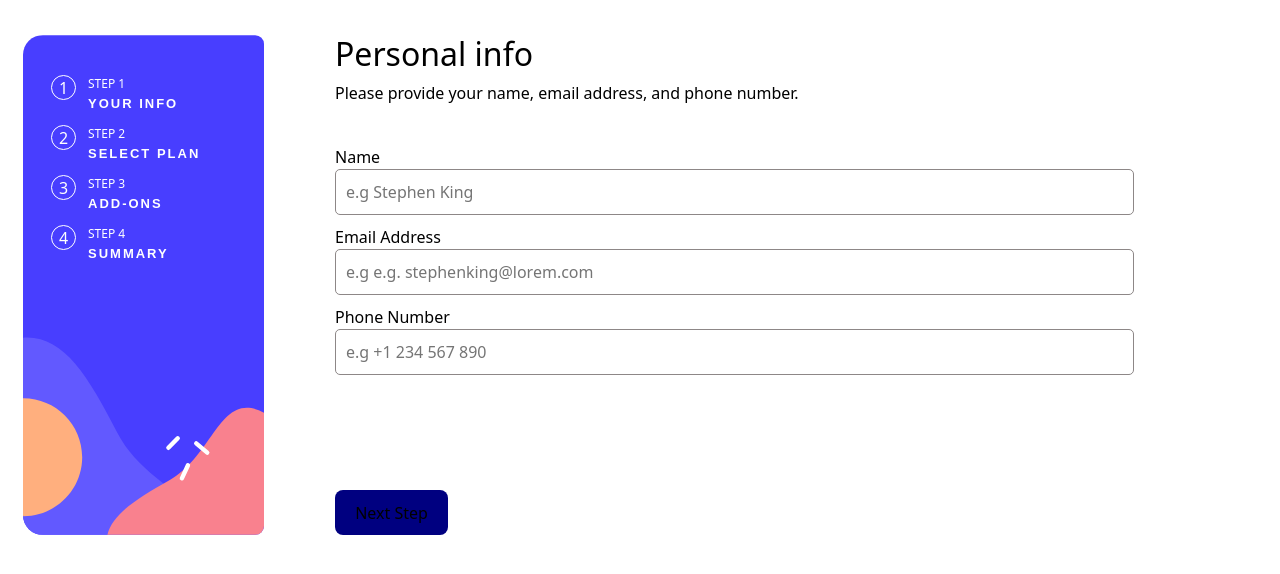
Repository: Celebration-cloud/Multi-Step-Form
Page: /
An editor plug-in stored every save of this project. The page is shown before and after a run of saves, followed by the edit.
The browser window is 1280 px wide. The pictures show the whole page.
The project was rebuilt for these pictures with package versions that can differ from the ones it lists, and the page was loaded fresh each time. Also part of the build but not shown: vite.config.js, src/GoBack.jsx.

Above is the page before, as saved 2023-10-31 16:08:17.

### index.html
<!DOCTYPE html>
<html lang="en">
<head>
  <meta charset="UTF-8">
  <meta name="viewport" content="width=device-width, initial-scale=1.0"> <!-- displays site properly based on user's device -->

  <title>Multi-step form</title>
  <link href="https://cdn.jsdelivr.net/npm/bootstrap@5.0.2/dist/css/bootstrap.min.css" rel="stylesheet" integrity="sha384-EVSTQN3/azprG1Anm3QDgpJLIm9Nao0Yz1ztcQTwFspd3yD65VohhpuuCOmLASjC" crossorigin="anonymous">
  <!-- Feel free to remove these styles or customise in your own stylesheet 👍 -->
  <style>
    .attribution { font-size: 11px; text-align: center; }
    .attribution a { color: hsl(228, 45%, 44%); }
  </style>
</head>
<body>
  <div id="root"></div>
  <script src="https://cdn.jsdelivr.net/npm/@popperjs/core@2.9.2/dist/umd/popper.min.js" integrity="sha384-IQsoLXl5PILFhosVNubq5LC7Qb9DXgDA9i+tQ8Zj3iwWAwPtgFTxbJ8NT4GN1R8p" crossorigin="anonymous"></script>
  <script src="https://cdn.jsdelivr.net/npm/bootstrap@5.0.2/dist/js/bootstrap.min.js" integrity="sha384-cVKIPhGWiC2Al4u+LWgxfKTRIcfu0JTxR+EQDz/bgldoEyl4H0zUF0QKbrJ0EcQF" crossorigin="anonymous"></script>
  <script type="module" src="./src/main.jsx"></script>
</body>
</html>

### src/App.jsx
import { useState } from 'react'
import './App.css'
import "@fontsource/roboto/300.css";
import "@fontsource/roboto/400.css";
import "@fontsource/roboto/500.css";
import "@fontsource/roboto/700.css";
import Pagination from './Pagination/Pagination';
import Procedures from './Procedures/Procedures';


function App() {

  return (
    <>
      <div className="forming row">
        <div className="pagination col-2">
          <Pagination />
        </div>
        <div className="col-8">
          <Procedures/>
        </div>
      </div>
    </>
  );
}

export default App

{/* <div>
     Sidebar start
    Step 1
  Your info

  Step 2
  Select plan

  Step 3
  Add-ons

  Step 4
  Summary

  Sidebar end

   Step 1 start

  Personal info
  Please provide your name, email address, and phone number.

  Name
  e.g. Stephen King

  Email Address
  e.g. stephenking@lorem.com

  Phone Number
  e.g. +1 234 567 890

  Next Step

  Step 1 end

   Step 2 start

  Select your plan
  You have the option of monthly or yearly billing.

  Arcade
  $9/mo

  Advanced
  $12/mo

  Pro
  $15/mo

  Monthly
  Yearly

  Go Back
  Next Step

  Step 2 end

   Step 3 start

  Pick add-ons
  Add-ons help enhance your gaming experience.

  Online service
  Access to multiplayer games
  +$1/mo

  Larger storage
  Extra 1TB of cloud save
  +$2/mo

  Customizable Profile
  Custom theme on your profile
  +$2/mo

  Go Back
  Next Step

   Step 3 end

  Step 4 start

  Finishing up
  Double-check everything looks OK before confirming.

   Dynamically add subscription and add-on selections here

  Total (per month/year)

  Go Back
  Confirm

   Step 4 end

  Step 5 start

  Thank you!

  Thanks for confirming your subscription! We hope you have fun
  using our platform. If you ever need support, please feel free
  to email us at support@loremgaming.com.

   Step 5 end
  </div> */}

### src/index.css
:root {
  font-family: Inter, system-ui, Avenir, Helvetica, Arial, sans-serif;
  line-height: 1.5;
  font-weight: 400;
  color-scheme: light dark;
  color: rgba(255, 255, 255, 0.87);
  background-color: #242424;

  font-synthesis: none;
  text-rendering: optimizeLegibility;
  -webkit-font-smoothing: antialiased;
  -moz-osx-font-smoothing: grayscale;
  -webkit-text-size-adjust: 100%;
}

a {
  font-weight: 500;
  color: #646cff;
  text-decoration: inherit;
}
a:hover {
  color: #535bf2;
}

body {
  margin: 0;
}

h1 {
  font-size: 3.2em;
  line-height: 1.1;
}

button {
  border-radius: 8px;
  border: 1px solid transparent;
  padding: 0.6em 1.2em;
  font-size: 1em;
  font-weight: 500;
  font-family: inherit;
  background-color: #1a1a1a;
  cursor: pointer;
  transition: border-color 0.25s;
}
button:hover {
  border-color: #646cff;
}
button:focus,
button:focus-visible {
  outline: 4px auto -webkit-focus-ring-color;
}

@media (prefers-color-scheme: light) {
  :root {
    color: #213547;
    background-color: #ffffff;
  }
  a:hover {
    color: #747bff;
  }
  button {
    background-color: #f9f9f9;
  }
}

### src/App.css
#root {
  padding: 2rem;
  text-align: left;
}

.pagination{
  width: 300px;
  height: 500px;
}
.forming{
  padding: 3px;
}

.logo {
  height: 6em;
  padding: 1.5em;
  will-change: filter;
  transition: filter 300ms;
}
.logo:hover {
  filter: drop-shadow(0 0 2em #646cffaa);
}
.logo.react:hover {
  filter: drop-shadow(0 0 2em #61dafbaa);
}

@keyframes logo-spin {
  from {
    transform: rotate(0deg);
  }
  to {
    transform: rotate(360deg);
  }
}

@media (prefers-reduced-motion: no-preference) {
  a:nth-of-type(2) .logo {
    animation: logo-spin infinite 20s linear;
  }
}

.card {
  padding: 2em;
}

.read-the-docs {
  color: #888;
}

### src/Pagination/Pagination.jsx
import PaginationStep from "./PaginationStep";
import './Pagination.css'
function Pagination() {
  return (
    <>
      {PaginationStep?.map((item) => (
        <div className="pageStep row" key={item.id}>
          <div className="pageNum col-1"><p>{item.number}</p></div>
          <div className="stepInfo col-9">
            <p className="steps" >STEP {item.step}</p>
            <p className="info">{item.info}</p>
          </div>
        </div>
      ))}
    </>
  );
}

export default Pagination;

### src/Procedures/Procedures.jsx
import { useState } from 'react';
import GoBack from '../GoBack';
import Submit from '../Submit';
import { PersonalInfo, SelectYourPlan } from './ProceduresList'

const slide = [
  <>
    <PersonalInfo />
  </>,
  <>
    <SelectYourPlan />
  </>,
];
function Procedures() {
    const [pages, setPages] = useState(1)
    const handleNext = () => {
        if(pages > 0)
        setPages(prev => prev + 1)
    }
    const handlePrev = () => {
        if(pages < 5)
        setPages(prev => prev - 1)
    }
  return (
    <form className='forms'>
      {slide[pages - 1]}
      <div className="submitStyle">
        {slide === 0 && <GoBack handlePrev={handlePrev}/>}
        <Submit handleNext={handleNext}/>
      </div>
    </form>
  );
}

export default Procedures

### src/Pagination/PaginationStep.jsx
import {v4 as uuid} from 'uuid'
const PaginationStep = [
  {
    id: uuid(),
    number: 1,
    step: 1,
    info: "YOUR INFO",
  },
  {
    id: uuid(),
    number: 2,
    step: 2,
    info: "SELECT PLAN",
  },
  {
    id: uuid(),
    number: 3,
    step: 3,
    info: "ADD-ONS",
  },
  {
    id: uuid(),
    number: 4,
    step: 4,
    info: "SUMMARY",
  },
];
export default PaginationStep

### src/Pagination/Pagination.css
.pagination{
    background-image: url(../../assets/images/bg-sidebar-desktop.svg);
    background-repeat: no-repeat;
    height: 500px;
    background-size: contain;
    object-fit: contain;
    display: flex;
    flex-direction: column;
    border-radius: 20px;
    padding: 40px;
    color: white;
}

.pageNum{
    width: 25px;
    height: 25px;
    padding: 0;
    margin: 0;
    border: 1px solid white;
    border-radius: 100%;
}
.pageNum p{
    text-align: center;
}
.stepInfo{
    display: flex;
    flex-direction: column;
    height: 50px;
}
.steps{
    font-weight: 100;
    font-size: 12px;
}
.info{
    font-family: 'Arial';
    font-size: small;
    font-weight: 700;
    letter-spacing: 2px;
    margin-top: -15px;
}

### src/Submit.jsx
import React from 'react'

function Submit({handleNext}) {
  return (
    <>
      <button onChange={handleNext} className="formBtn">Next Step</button>
    </>
  );
}

export default Submit

### src/Procedures/ProceduresList.jsx
import React from 'react'
import './Procedures.css'
function PersonalInfo() {
  return (
    <>
      <h2 className="personalInfo">Personal info</h2>
      <p className="formDit">
        Please provide your name, email address, and phone number.
      </p>
      <br />

      <label className="inputs" htmlFor="name">
        Name
      </label>
      <br />
      <input
        className="formInfo"
        id="name"
        required
        type="text"
        placeholder="e.g Stephen King"
      />
      <br />
      <label className="inputs" htmlFor="email">
        Email Address
      </label>
      <br />
      <input
        className="formInfo"
        id="email"
        type="email"
        required
        placeholder="e.g e.g. stephenking@lorem.com"
      />
      <br />
      <label className="inputs" htmlFor="phoneNumber">
        Phone Number
      </label>
      <br />
      <input
        className="formInfo"
        id="phoneNumber"
        type="tel"
        required
        placeholder="e.g +1 234 567 890"
        maxLength={11}
      />
      <br />
    </>
  );
}
function SelectYourPlan() {
    return(
        <>

        </>
    )
}

export {PersonalInfo, SelectYourPlan};

### src/Procedures/Procedures.css
.formInfo{
    width: 100%;
    background-color: transparent;
    border: 1.5px solid rgb(141, 135, 135);
    border-radius: 5px;
    padding: 10px;
    margin-bottom: 10px;
    color: black;
}
.forms{
    color: black;
}
.formBtn{
    background-color: navy;
}
.submitStyle{
    display: flex;
    flex-direction: row;
    justify-content: space-between;
    height: 150px;
}
.backBtn{
    align-self: flex-end;
    background-color: transparent;
    color: black;
}
.backBtn:hover{
    color: navy;
}
.submitStyle .formBtn{
    align-self: flex-end;
}

Loaded but not shown: src/main.jsx (common file)

After the next 5 saves:
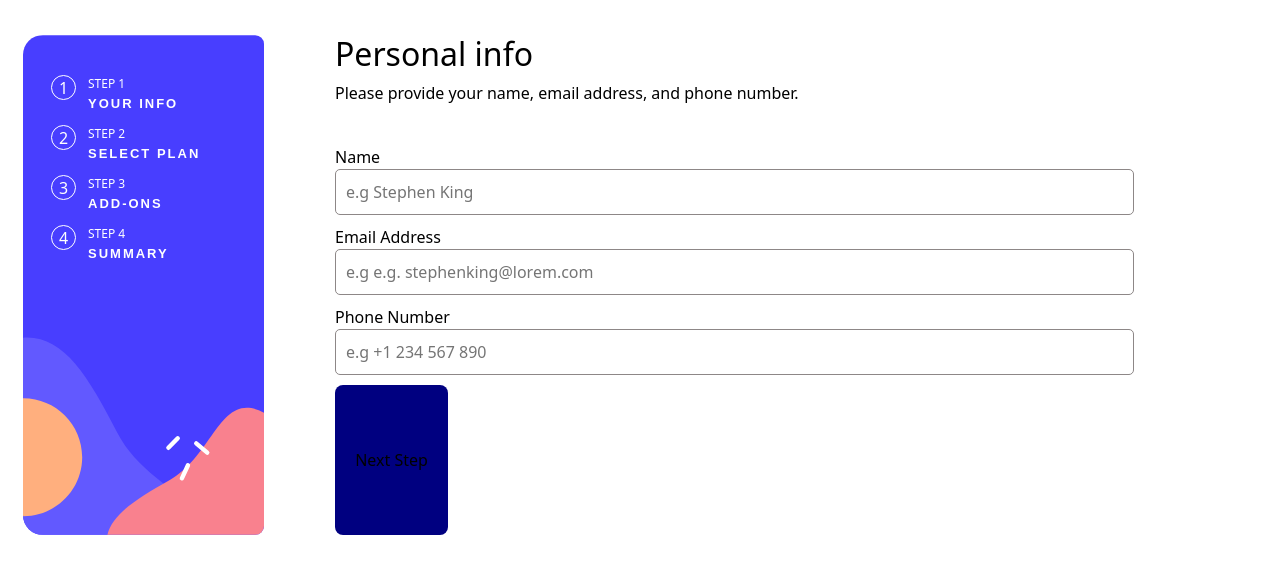
The 5 saves are shown as one change because they came seconds apart.
The last was saved 65 s later.
--- a/src/Procedures/Procedures.css
+++ b/src/Procedures/Procedures.css
@@ -28,5 +28,6 @@
     color: navy;
 }
 .submitStyle .formBtn{
+    justif
     align-self: flex-end;
 }

After the save that followed:
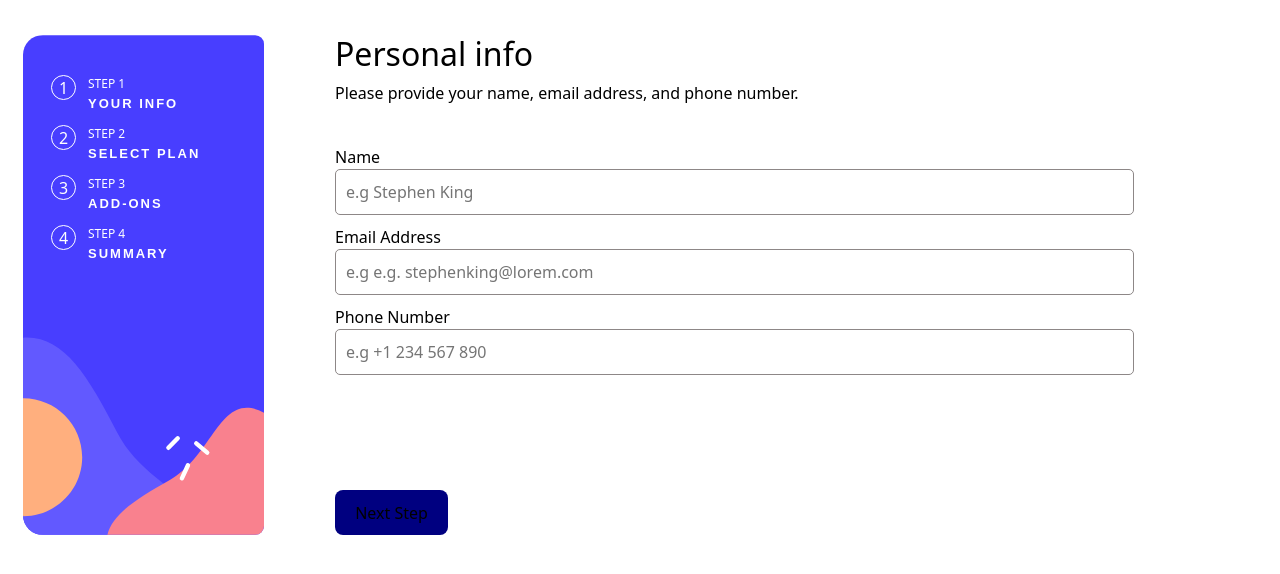
Saved 4 s later.
--- a/src/Procedures/Procedures.css
+++ b/src/Procedures/Procedures.css
@@ -28,6 +28,5 @@
     color: navy;
 }
 .submitStyle .formBtn{
-    justif
     align-self: flex-end;
 }
